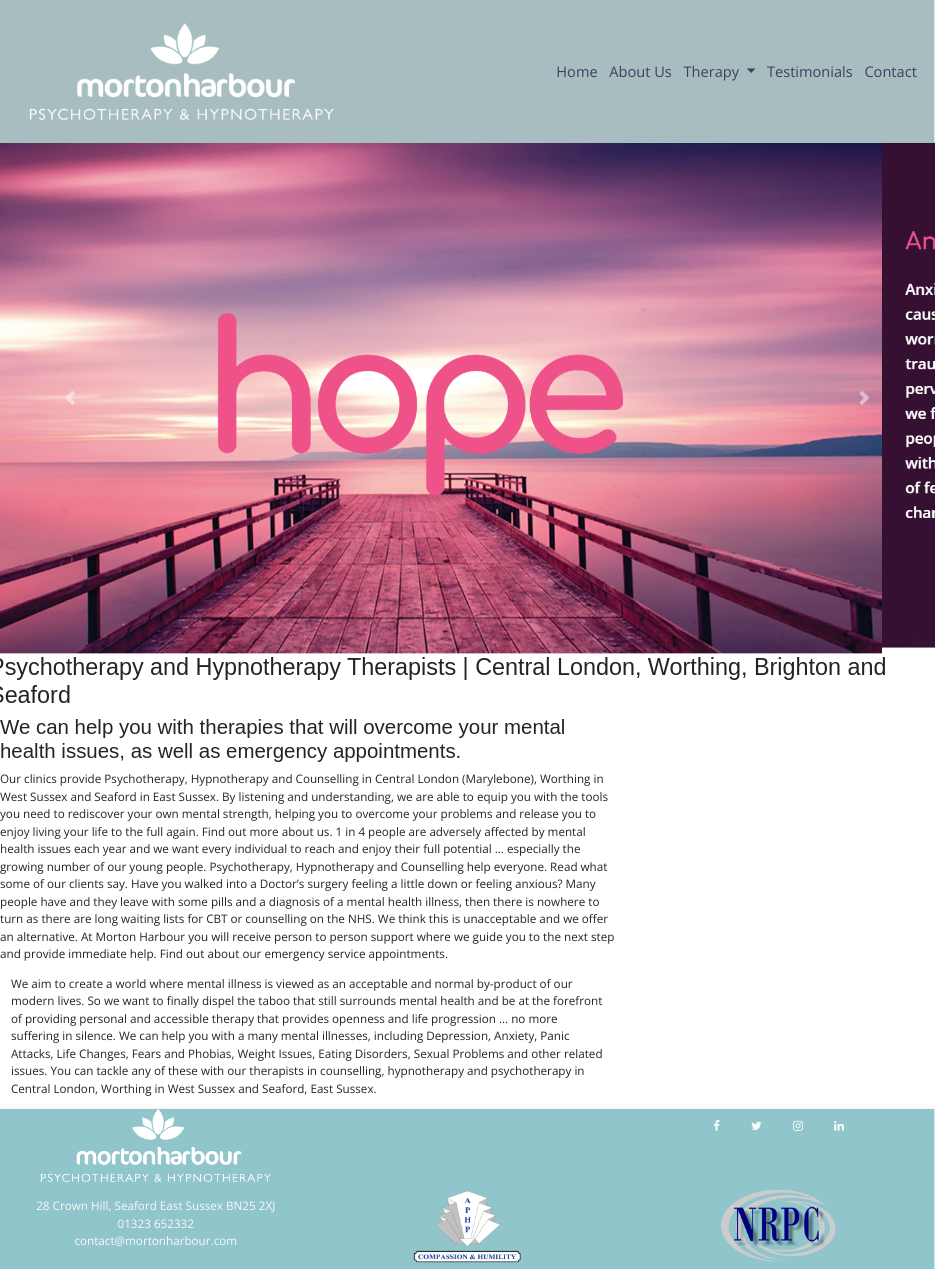
Repository: Code-Institute-Submissions/mortonharbour
Page: index.html
The author's editor kept a record of every edit. The page is drawn from the files as they stood at one moment, then again after the next edit.
The browser window is 1280 px wide. The page is 1295 px wide, so the pictures cover 1295 px, including what lies to the right of the window. The pictures show the whole page, at 73% of full size.
Some web fonts or font styles are not loaded; a fallback is used. Some web libraries are served in a nearby version.

Above is the page before.

### index.html
<!DOCTYPE html>
<html lang="en">

<head>
    <meta charset="UTF-8">
    <meta name="viewport" content="width=device-width, initial-scale=1.0">
    <meta http-equiv="X-UA-Compatible" content="ie=edge">

    <!--Links to Bootstrap, JavaScript and FontAwesome cdn, customer style.css file-->
    <link rel="stylesheet" href="https://stackpath.bootstrapcdn.com/bootstrap/4.4.0/css/bootstrap.min.css" integrity="sha384-SI27wrMjH3ZZ89r4o+fGIJtnzkAnFs3E4qz9DIYioCQ5l9Rd/7UAa8DHcaL8jkWt" crossorigin="anonymous">
    <link rel="stylesheet" href="https://stackpath.bootstrapcdn.com/font-awesome/4.7.0/css/font-awesome.min.css" type="text/css" />
    <script src="https://code.jquery.com/jquery-3.2.1.slim.min.js" integrity="sha384-KJ3o2DKtIkvYIK3UENzmM7KCkRr/rE9/Qpg6aAZGJwFDMVNA/GpGFF93hXpG5KkN" crossorigin="anonymous"></script>
    <script src="https://cdnjs.cloudflare.com/ajax/libs/popper.js/1.11.0/umd/popper.min.js" integrity="sha384-b/U6ypiBEHpOf/4+1nzFpr53nxSS+GLCkfwBdFNTxtclqqenISfwAzpKaMNFNmj4" crossorigin="anonymous"></script>
    <script src="https://maxcdn.bootstrapcdn.com/bootstrap/4.0.0-beta/js/bootstrap.min.js" integrity="sha384-h0AbiXch4ZDo7tp9hKZ4TsHbi047NrKGLO3SEJAg45jXxnGIfYzk4Si90RDIqNm1" crossorigin="anonymous"></script>

    <link rel="stylesheet" href="assets/css/style.css" />

    <title>MortonHarbour</title>
</head>

<body>
    <header>
        <nav class="navbar navbar-expand-lg navbar-light">
            <a href="index.html" class="col-sm-4 logo"><span class="sr-only">Home</span></a>
            <button class="navbar-toggler" type="button" data-toggle="collapse" data-target="#navbarSupportedContent" aria-controls="navbarSupportedContent" aria-expanded="false" aria-label="Toggle navigation">
            <span class="navbar-toggler-icon"></span>
            </button>
            <div class="collapse navbar-collapse justify-content-end" id="navbarSupportedContent">
                <ul class="navbar-nav">
                    <li class="nav-item active">
                        <a class="nav-link" href="/">Home</a>
                    </li>
                    <li class="nav-item active">
                        <a class="nav-link" href="/">About Us</a>
                    </li>
                    <li class="nav-item dropdown">
                        <a class="nav-link dropdown-toggle" href="#" id="navbarDropdown" role="button" data-toggle="dropdown" aria-haspopup="true" aria-expanded="false">
                          Therapy
                        </a>
                        <div class="dropdown-menu" aria-labelledby="navbarDropdown">
                            <a class="dropdown-item" href="#">Psychotherapy</a>
                            <a class="dropdown-item" href="#">Hypnotherapy</a>
                        </div>
                    </li>
                    <li class="nav-item active">
                        <a class="nav-link" href="/">Testimonials</a>
                    </li>
                    <li class="nav-item active">
                        <a class="nav-link" href="/">Contact</a>
                    </li>
                </ul>
            </div>
        </nav>
    </header>

    <section>
        <!------------------------------------------------------------Carousel-Bootstrap-->

        <div id="carouselExampleControls" class="carousel slide" data-ride="carousel">
            <div class="carousel-inner">
                <div class="carousel-item active">
                    <img class="d-block w-100" src="assets/images/hope-carousel.PNG" alt="Second slide">
                </div>
                <div class="carousel-item">
                    <img class="d-block w-100" src="assets/images/anxiety-carousel.PNG" alt="Second slide">
                </div>
                <div class="carousel-item">
                    <img class="d-block w-100" src="assets/images/depression-carousel.PNG" alt="Second slide">
                </div>
                <div class="carousel-item">
                    <img class="d-block w-100" src="assets/images/sm-addiction-carousel.PNG" alt="Second slide">
                </div>
                <div class="carousel-item">
                    <img class="d-block w-100" src="assets/images/stress-carousel.PNG" alt="Second slide">
                </div>
            </div>
            <a class="carousel-control-prev" href="#carouselExampleControls" role="button" data-slide="prev">
    <span class="carousel-control-prev-icon" aria-hidden="true"></span>
    <span class="sr-only">Previous</span>
  </a>
            <a class="carousel-control-next" href="#carouselExampleControls" role="button" data-slide="next">
    <span class="carousel-control-next-icon" aria-hidden="true"></span>
    <span class="sr-only">Next</span>
  </a>
        </div>
    </section>
    <!------------------------------------------------------------End of Carousel-Bootstrap-->

    <!------------------------------------------------------------Initial content and newsletter sign-up-->
    <section>
        <div class="row">
            <div class="col-xs-12">
                <h2>Psychotherapy and Hypnotherapy Therapists | Central London, Worthing, Brighton and Seaford</h2>
            </div>
            <div class="col-sm-8">
                <h3>We can help you with therapies that will overcome your mental health issues, as well as emergency appointments.</h3>
                <p>Our clinics provide Psychotherapy, Hypnotherapy and Counselling in Central London (Marylebone), Worthing in West Sussex and Seaford in East Sussex. By listening and understanding, we are able to equip you with the tools you need to rediscover
                    your own mental strength, helping you to overcome your problems and release you to enjoy living your life to the full again. Find out more about us. 1 in 4 people are adversely affected by mental health issues each year and we want every
                    individual to reach and enjoy their full potential … especially the growing number of our young people. Psychotherapy, Hypnotherapy and Counselling help everyone. Read what some of our clients say. Have you walked into a Doctor’s surgery
                    feeling a little down or feeling anxious? Many people have and they leave with some pills and a diagnosis of a mental health illness, then there is nowhere to turn as there are long waiting lists for CBT or counselling on the NHS. We think
                    this is unacceptable and we offer an alternative. At Morton Harbour you will receive person to person support where we guide you to the next step and provide immediate help. Find out about our emergency service appointments.</p>
                <div class="col-sm-12">
                <p>We aim to create a world where mental illness is viewed as an acceptable and normal by-product of our modern lives. So we want to finally dispel the taboo that still surrounds mental health and be at the forefront of providing personal and
                    accessible therapy that provides openness and life progression … no more suffering in silence. We can help you with a many mental illnesses, including Depression, Anxiety, Panic Attacks, Life Changes, Fears and Phobias, Weight Issues,
                    Eating Disorders, Sexual Problems and other related issues. You can tackle any of these with our therapists in counselling, hypnotherapy and psychotherapy in Central London, Worthing in West Sussex and Seaford, East Sussex.</p>
            </div>
            <div class="col-sm-4">

            </div>
        </div>
    </section>

    <!------------------------------------------------------------End of Initial content and newsletter sign-up-->



    <footer class="container-fluid">
        <div class="row">
            <a href="index.html" class="col-sm-4 footer-logo">
                <span class="sr-only">Home</span>
            </a>
            <div class="div col-sm-4"></div>
            <div class="col-sm-4">
                <ul class="list-inline text-center social-media-icons">
                    <li class="list-inline-item">
                        <a target="_blank" href="https://www.facebook.com/MortonHarbour/">
                            <i class="fa fa-facebook" aria-hidden="true"></i>
                            <span class="sr-only">Facebook</span>
                        </a>
                    </li>
                    <li class="list-inline-item">
                        <a target="_blank" href="https://twitter.com/mortonharbour">
                            <i class="fa fa-twitter" aria-hidden="true"></i>
                            <span class="sr-only">Twitter</span>
                        </a>
                    </li>
                    <li class="list-inline-item">
                        <a target="_blank" href="https://www.instagram.com/morton_harbour/">
                            <i class="fa fa-instagram" aria-hidden="true"></i>
                            <span class="sr-only">Instagram</span>
                        </a>
                    </li>
                    <li class="list-inline-item">
                        <a target="_blank" href="https://www.linkedin.com/in/magda-harbour-maphp-51b590b4/">
                            <i class="fa fa-linkedin" aria-hidden="true"></i>
                            <span class="sr-only">LinkedIn></span>
                        </a>
                    </li>
                </ul>
            </div>
        </div>
        <div class="row">
            <div class="div col-sm-4 text-center footer-address">
                <address>28 Crown Hill, Seaford East Sussex BN25 2XJ</br>
                <a href="tel:+01323652332">01323 652332
                    <span class="sr-only">Contact Number</span>
                </a></br>
                <a href="mailto:contact@mortanharbour.com">contact@mortonharbour.com
                    <span class="sr-only">Email Address</span>
                </a>
                </address>
            </div>
            <a href="https://www.aphp.co.uk/" target="_blank" class="col-sm-4 aphp-logo">
                <span class="sr-only">APHP Link</span>
            </a>
            <a href="https://www.nrpc.co.uk/" target="_blank" class="col-sm-4 nrpc-logo">
                <span class="sr-only">NRPC Link</span>
            </a>
        </div>

    </footer>
</body>

</html>

### assets/css/style.css
/*----------------------------------------------Fonts*/

@import url('https://fonts.googleapis.com/css?family=Suranna:100,200,300,400,500,600,700|Open+Sans:100,200,300,400,500,600,700');

/*----------------------------------------------Colors*/

/*off-white color: #fafafa
olive color: #63757A
light teal color: #a7bdbf*/

.navbar-light .nav-item.active .nav-link {
    color: #3f3f63;
}

#navbarDropdown {
    color: #3f3f63;
}

.dropdown-menu {
    background-color: #fafafa;
}

.dropdown-item {
    color: #3f3f63;
}



/*----------------------------------------------Header*/

header {
    margin: 0;
    background-color: #a7bdbf;
}

.logo {
    background: url("../images/logo.png");
    background-position: center;
    margin-left: 25px;
    margin-right: 25px;
    background-repeat: no-repeat;
    background-size: contain;
    min-height: 180px;
    transition: all .5s ease-in-out;
    -moz-transition: all .5s ease-in-out;
    -webkit-transition: all .5s ease-in-out;
    -o-transition: all .5s ease-in-out;
}

/*--------------------------------------------------------Body*/

body p {
    font-family: "Open Sans", sans-serif;
}

body h1,
h2,
h3,
h4,
h5,
h6 {
    font-family: "Suranna", sans-serif;
}



/*----------------------------------------------Navigation*/

.navbar {
    font-size: 1.25rem;
    font-family: "Open Sans", sans-serif;
    font-weight: 300;
}

.dropdown-menu {
    border: none;
    background-color: transparent;
}

.dropdown-item {
    font-weight: 300;
}

.navbar-toggler {
    border: none;
}

/*----------------------------------------------Footer*/

footer {
    margin: 0;
    background-color: #8fc5cb;
    min-height: 180px;
}

.social-media-icons li a i {
    color: #fafafa;
    padding: 15px;
}


.footer-address {
    font-family: "Open Sans", sans-serif;
    font-size: 1rem;
    color: #fafafa;
    margin: auto 0;
    padding: 0;
}

.footer-address address a {
    font-family: "Open Sans", sans-serif;
    font-size: 1rem;
    color: #fafafa;
    margin: auto 0;
    padding: 0;
}

.footer-logo {
    background: url("../images/footer-logo.png");
    background-position: center;
    padding: 15px 25px;
    background-repeat: no-repeat;
    background-size: contain;
    min-height:100px;
    margin-bottom: 10px;
    transition: all .5s ease-in-out;
    -moz-transition: all .5s ease-in-out;
    -webkit-transition: all .5s ease-in-out;
    -o-transition: all .5s ease-in-out;
}

.aphp-logo {
    background: url("../images/aphp-logo.png");
    background-position: center;
    padding: 15px 25px;
    background-repeat: no-repeat;
    background-size: contain;
    min-height:100px;
    margin-bottom: 10px;
    transition: all .5s ease-in-out;
    -moz-transition: all .5s ease-in-out;
    -webkit-transition: all .5s ease-in-out;
    -o-transition: all .5s ease-in-out;
}

.nrpc-logo {
    background: url("../images/nrpc-logo.png");
    background-position: center;
    padding: 15px 25px;
    background-repeat: no-repeat;
    background-size: contain;
    min-height:100px;
    margin-bottom: 10px;
    transition: all .5s ease-in-out;
    -moz-transition: all .5s ease-in-out;
    -webkit-transition: all .5s ease-in-out;
    -o-transition: all .5s ease-in-out;
}

/*----------------------------------------------Hover*/

.navbar-light .nav-item.active .nav-link:hover {
    text-decoration: none;
    color: #e7edeb;
}

#navbarDropdown:hover {
    color: #e7edeb;
}

.dropdown-item:hover {
    background-color: transparent;
    color: #e7edeb;
}

.footer-address address a:hover {
    text-decoration: none;
    color: #3f3f63;
}

.social-media-icons li a i:hover {
    text-decoration: none;
    color: #3f3f63;
}



/*----------------------------------------------Media Queries*/

/* Small devices (landscape phones, 576px and up) */

@media (min-width: 0px) {
    .navbar-nav {
        text-align: center;
    }
    .navbar-toggler {
        position: relative;
        left: 50%;
        transform: translatex(-50%);
    }
}

/* Small devices (landscape phones, 576px and up) */
@media (min-width: 576px) {
    .navbar-toggler {
        margin-top: 15px;
    }
}

/* Medium devices (tablets, 768px and up) */

@media (min-width:768px) {
    .navbar-toggler {
        position: static;
    }
}

/* Large devices (desktops, 992px and up) */

@media (min-width: 992px) {
    ...
}

/* Extra large devices (large desktops, 1200px and up) */

@media (min-width: 1200px) {
    ...
}

After the next edit:
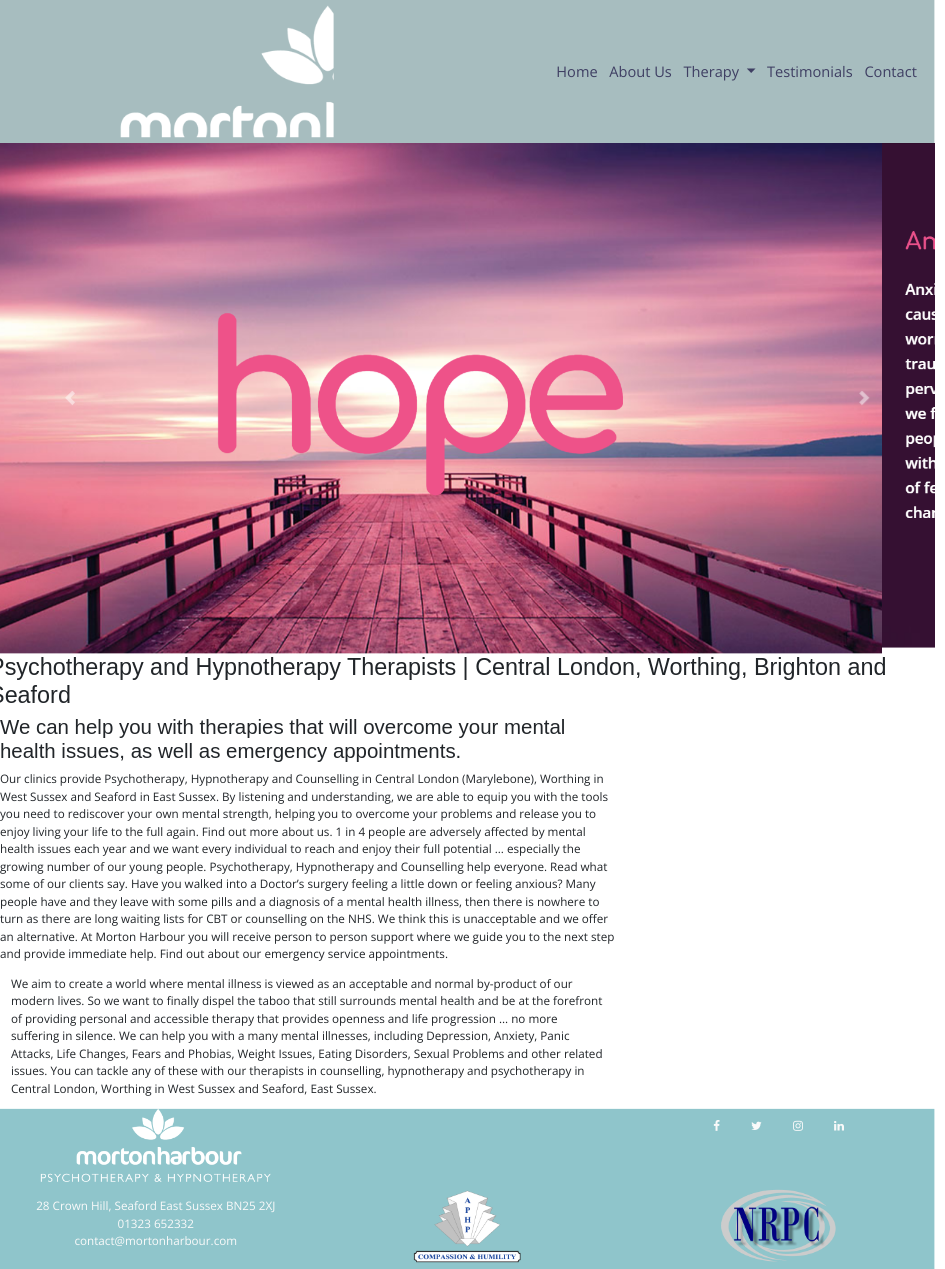
The edit:
--- a/assets/css/style.css
+++ b/assets/css/style.css
@@ -62,7 +62,9 @@
     font-family: "Suranna", sans-serif;
 }
 
-
+.logo {
+    background: url("../images/logo.png");
+}
 
 /*----------------------------------------------Navigation*/
 

After the edit that followed:
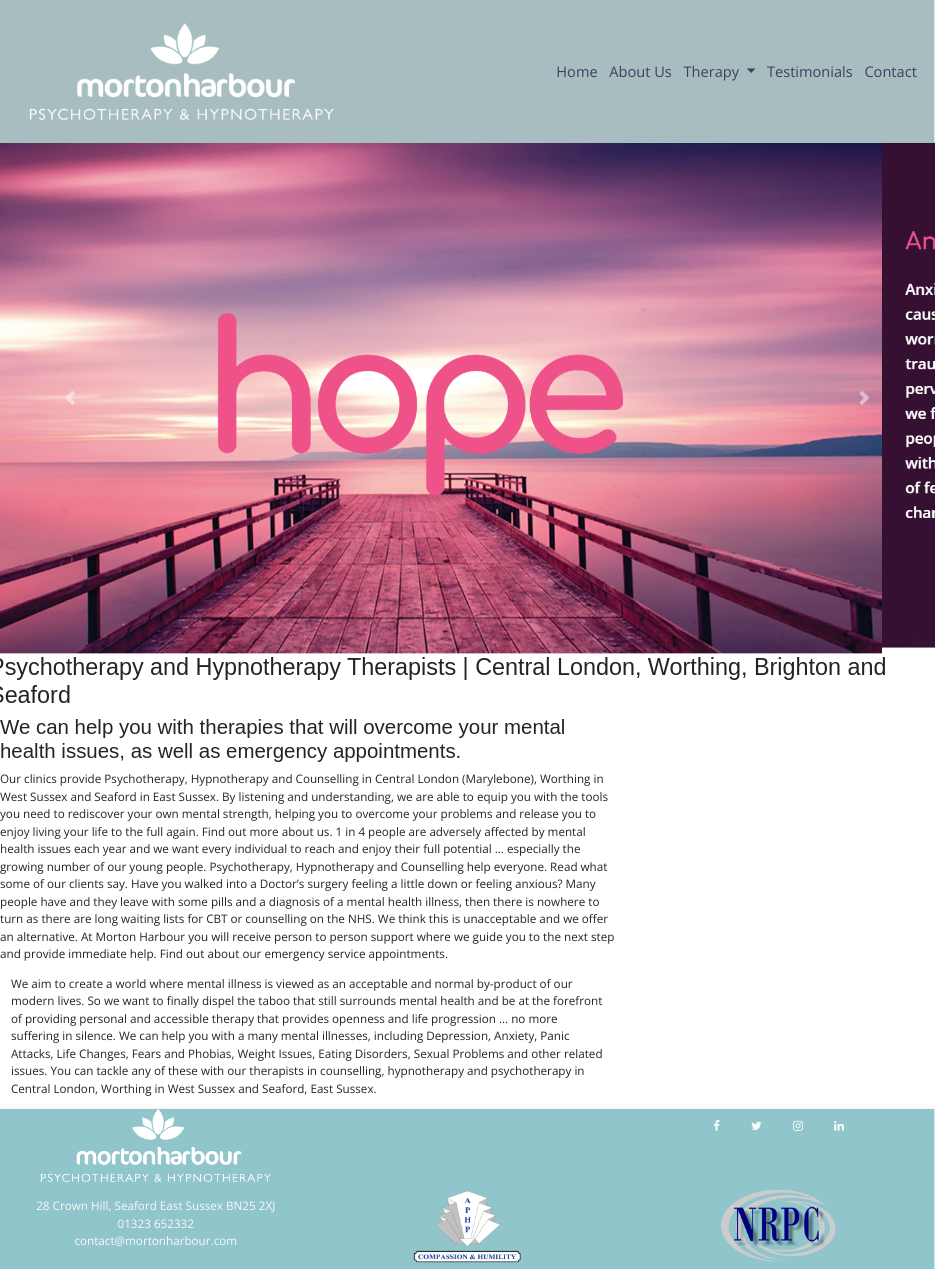
The edit:
--- a/assets/css/style.css
+++ b/assets/css/style.css
@@ -62,10 +62,6 @@
     font-family: "Suranna", sans-serif;
 }
 
-.logo {
-    background: url("../images/logo.png");
-}
-
 /*----------------------------------------------Navigation*/
 
 .navbar {
